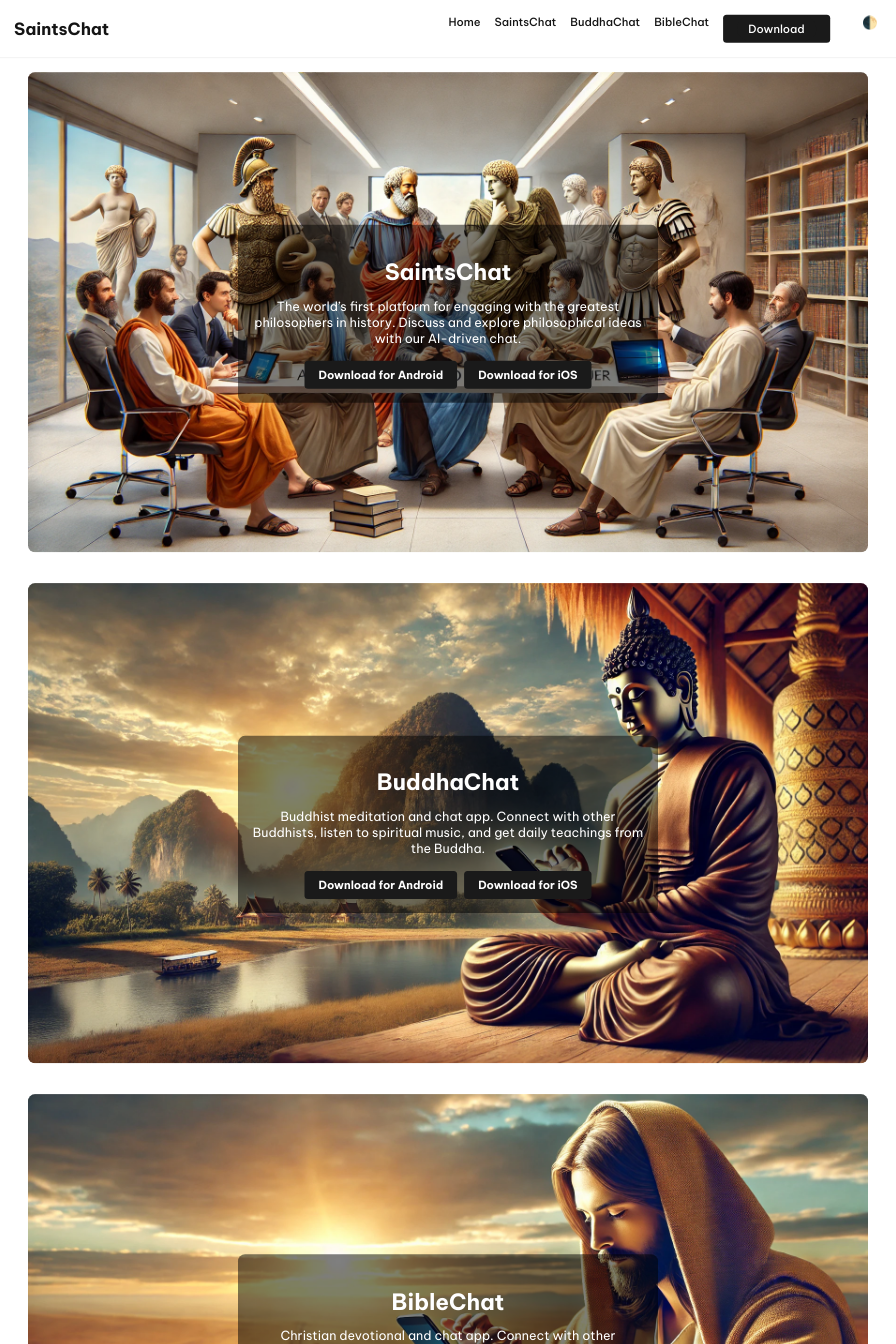
Repository: HSfac/EthosMindWeb
Page: /download
An editor plug-in stored every save of this project. The page is shown before and after the next save, followed by the edit.
The browser window is 1280 px wide. The pictures show the part of the page from y = 0 to 1920 px (the page is 2702 px tall), at 70% of full size.
The project was rebuilt for these pictures with package versions that can differ from the ones it lists, and the page was loaded fresh each time. Also part of the build but not shown: src/pages/Home.css, src/pages/Home.jsx, src/pages/SaintsChat.css, src/pages/SaintsChat.jsx, src/pages/BuddhaChat.css, src/pages/BuddhaChat.jsx, src/pages/BibleChat.css, src/pages/BibleChat.jsx.

Above is the page before, as saved 2024-07-19 21:57:39.

After the next save:
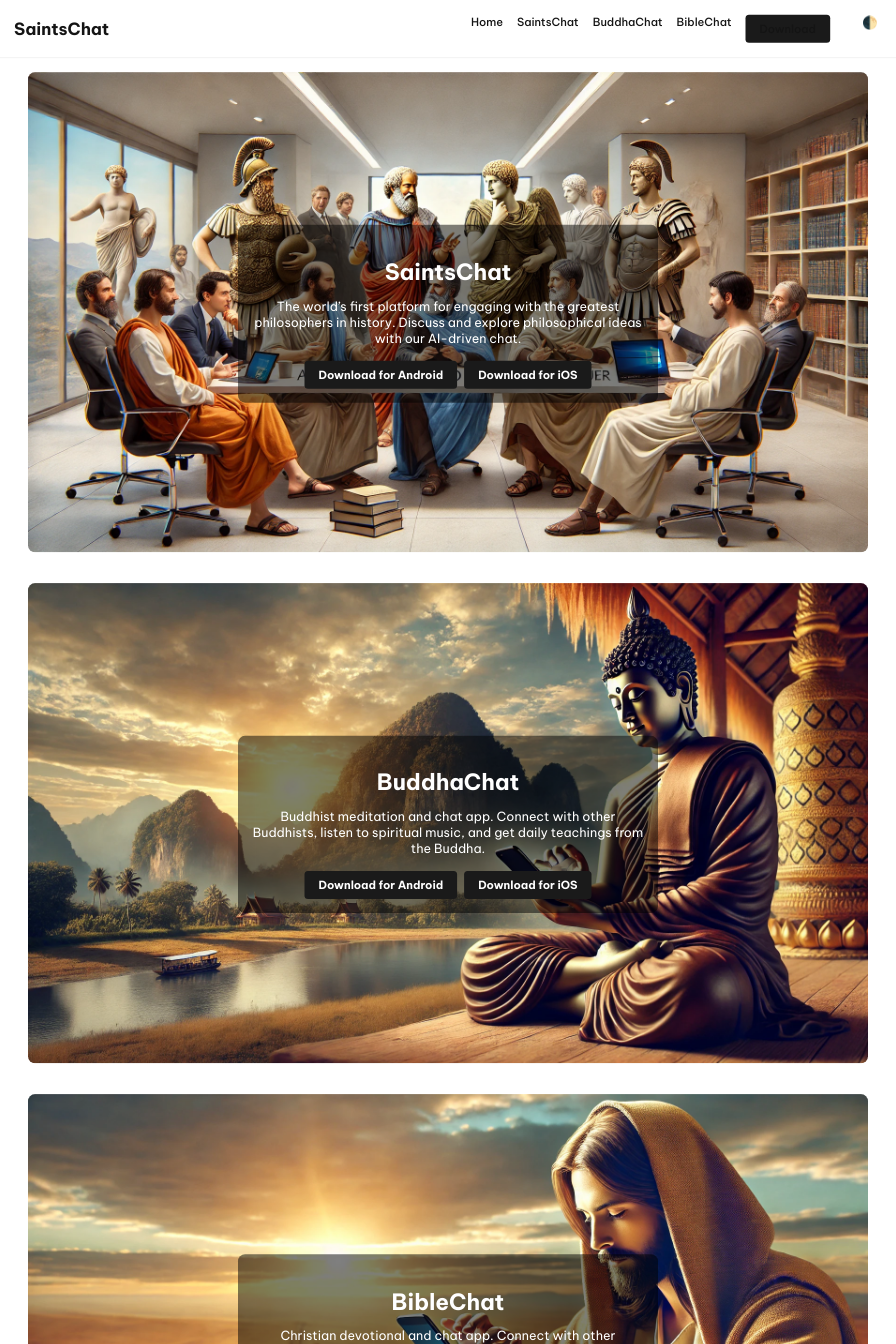
Saved 29 s later.
--- a/src/components/Header.css
+++ b/src/components/Header.css
@@ -32,7 +32,7 @@
   font-weight: 500;
 }
 
-.download-button a {
+.ㅗdownload-button a {
   padding: 8px 16px;
   border-radius: 20px;
   background-color: #1a1a1a;
